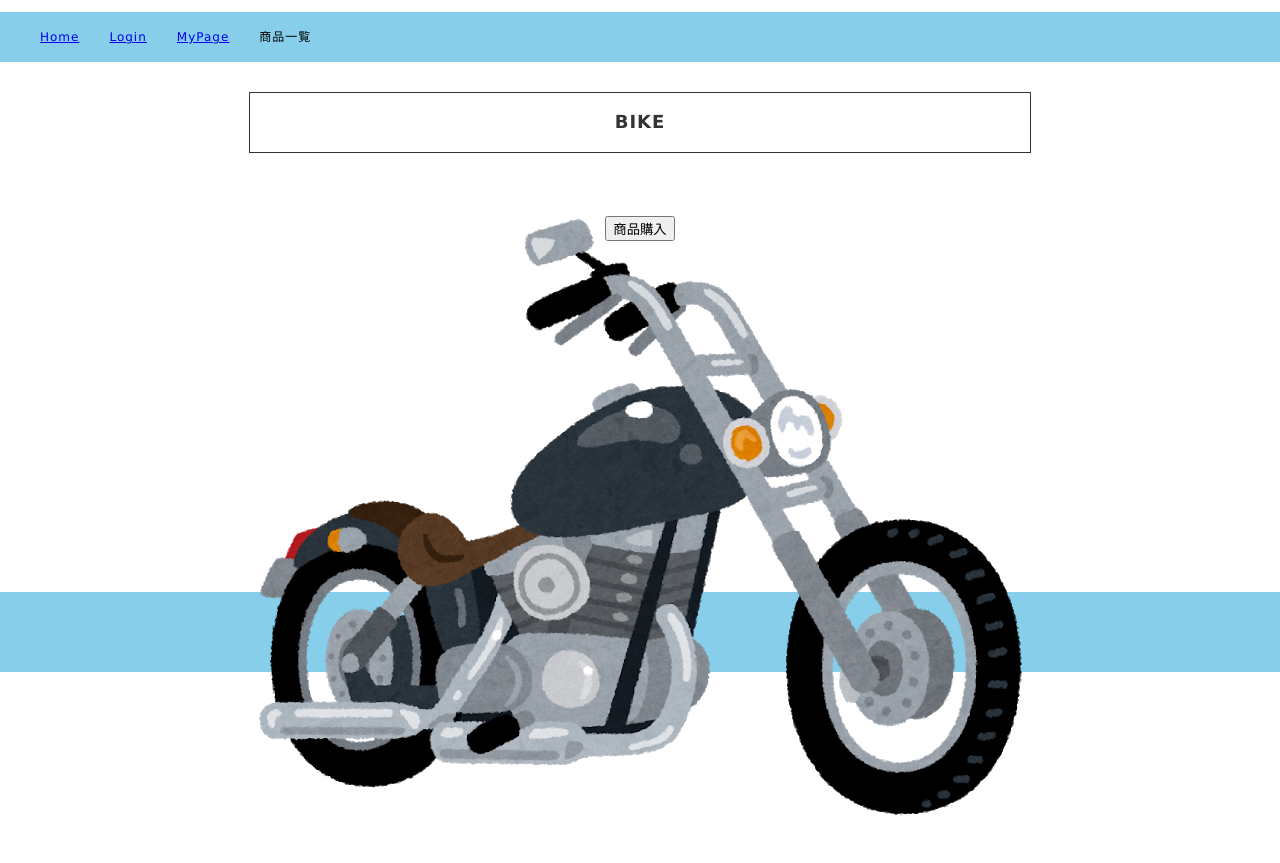
Repository: RYOYAEGAWA/test
Page: http://localhost/ecsite_a/
The author's editor kept a copy of each file at every save. The page is drawn from the files as they stood at one save, then again after the next save.
The browser window is 1280 px wide. The pictures show the whole page.
The page is served by Tomcat 9.

Above is the page before, as saved 2018-05-18 15:19:58.

After the next save:
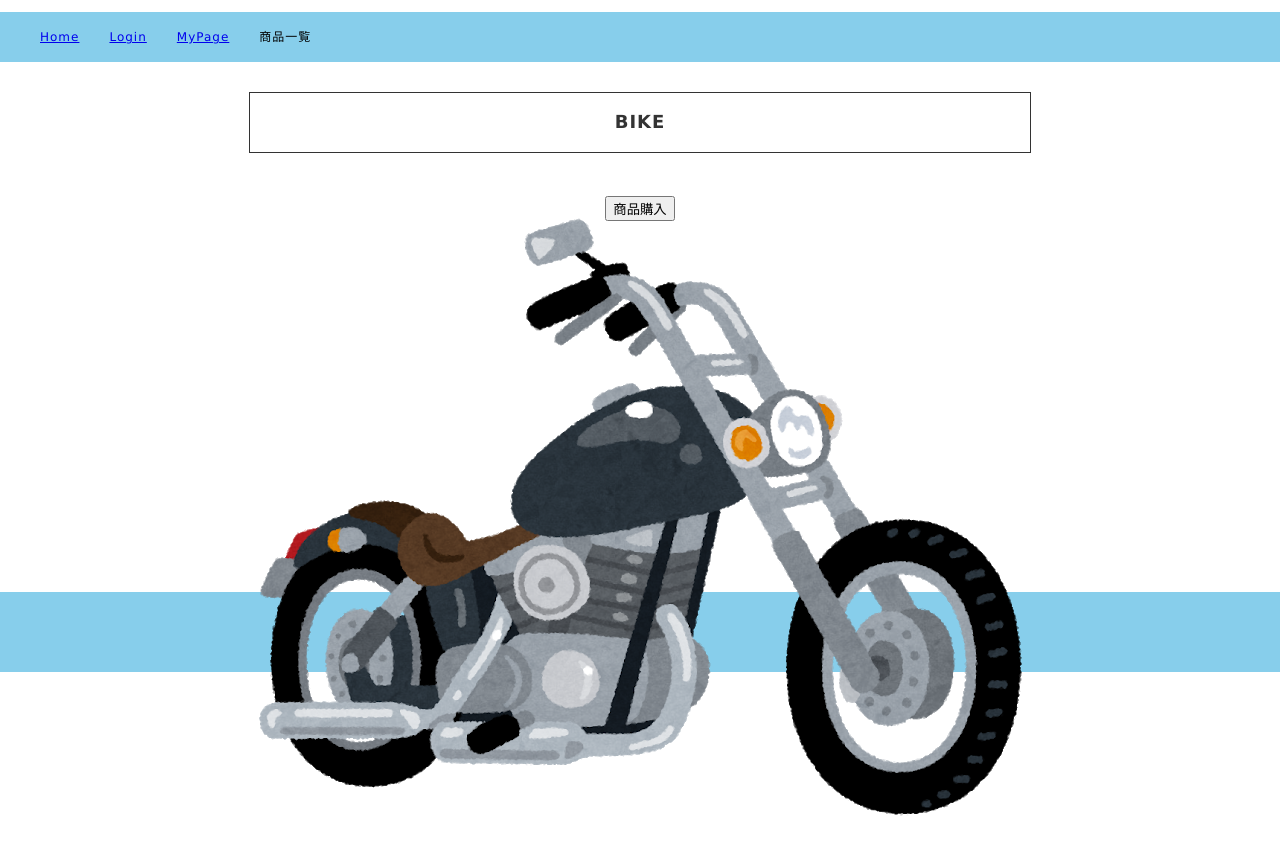
Saved 9 s later.
--- a/java/Eclipse_Data/ecsite_a/WebContent/home.jsp
+++ b/java/Eclipse_Data/ecsite_a/WebContent/home.jsp
@@ -61,7 +61,7 @@
 			.HomeImage{
 			 display:block;
 			 margin:0 auto;
-			 height:30px;
+			 height:10px;
 			/* width:50px; */
 			/* margin-top:0px; */
 			/* margin-bottom:0px; */
